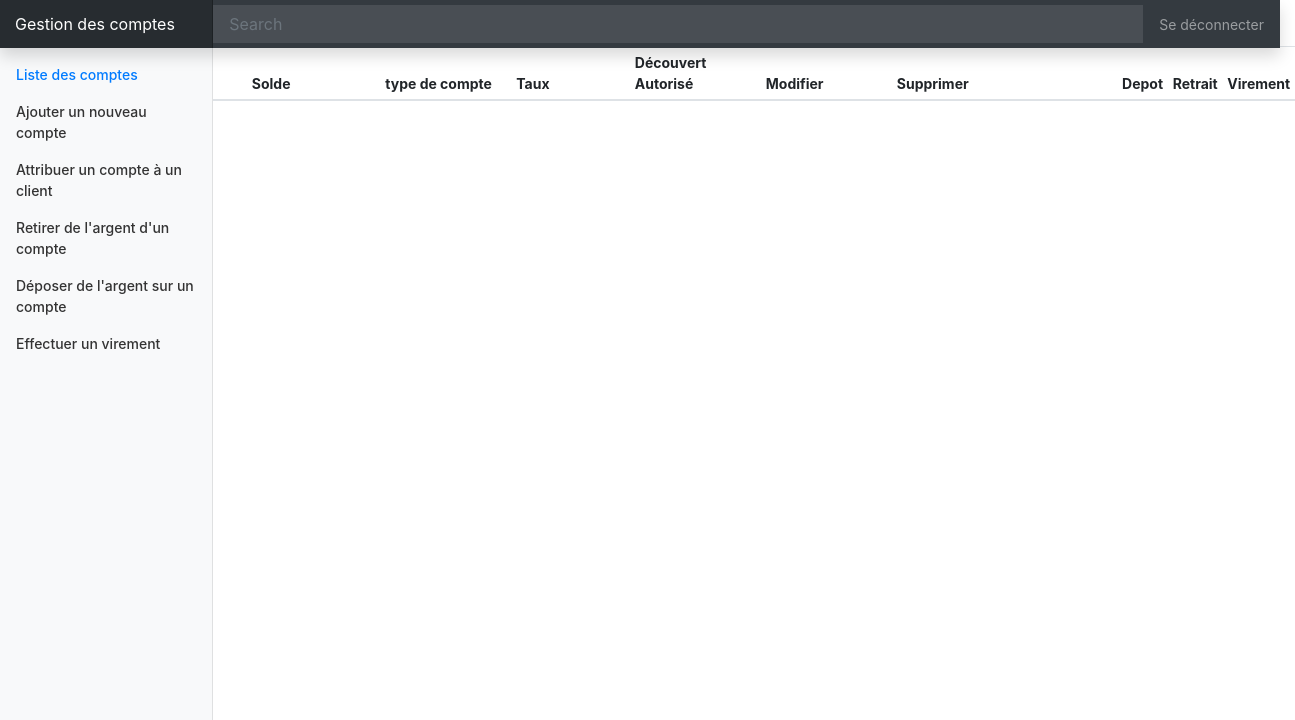
Repository: liiiseee/Projet
Page: http://localhost/02_projet_gestion_clients_compte/menu-comptes.jsp
An editor plug-in stored every save of this project. The page is shown before and after the next save, followed by the edit.
The browser window is 1280 px wide. The page is 1295 px wide, so the pictures cover 1295 px, including what lies to the right of the window. The pictures show the whole page.
The page is served by Tomcat 9. Other server files are loaded and not shown. The template is opened directly, without the code that normally fills it, so the values that code supplies are empty.

Above is the page before, as saved 2020-03-30 14:37:50.

### 02_projet_gestion_clients_compte/WebContent/menu-comptes.jsp
<%@ page language="java" contentType="text/html; charset=ISO-8859-1"
    pageEncoding="ISO-8859-1"%>

<%@ taglib uri="http://java.sun.com/jsp/jstl/core" prefix="c"%>
<!DOCTYPE html>
<html>
<head>
<meta charset="ISO-8859-1">
<title>liste comptes</title>
<link href="assets/styles/bootstrap.min.css" rel="stylesheet" >

 <style>
      .bd-placeholder-img {
        font-size: 1.125rem;
        text-anchor: middle;
        -webkit-user-select: none;
        -moz-user-select: none;
        -ms-user-select: none;
        user-select: none;
      }

      @media (min-width: 768px) {
        .bd-placeholder-img-lg {
          font-size: 3.5rem;
        }
      }
    </style>
    <!-- Custom styles for this template -->
    <link href="assets/styles/dashboard.css" rel="stylesheet">
</head>
<body>

    <nav class="navbar navbar-dark fixed-top bg-dark flex-md-nowrap p-0 shadow">
  <a class="navbar-brand col-sm-3 col-md-2 mr-0" href="#">Gestion des comptes</a>
  <input class="form-control form-control-dark w-100" type="text" placeholder="Search" aria-label="Search">
  <ul class="navbar-nav px-3">
    <li class="nav-item text-nowrap">
      <a class="nav-link" href="authentification-servlet?destroy=true">Se déconnecter</a>
    </li>
  </ul>
</nav>

<div class="container-fluid">
  <div class="row">
    <nav class="col-md-2 d-none d-md-block bg-light sidebar">
      <div class="sidebar-sticky">
        <ul class="nav flex-column">
          <li class="nav-item">
            <a class="nav-link active" href="#">
              <span data-feather="home"></span>
              Liste des comptes <span class="sr-only">(current)</span>
            </a>
          </li>
          <li class="nav-item">
            <a class="nav-link" href="ajout-compte.jsp">
              <span data-feather="file"></span>
              Ajouter un nouveau compte
            </a>
          </li>
          <li class="nav-item">
            <a class="nav-link" href="attribuer-compte.jsp">
              <span data-feather="file"></span>
              Attribuer un compte à un client
            </a>
          </li>
         <li class="nav-item">
          <input type="hidden" name="action" value="liste"/>
            <a class="nav-link" href="menu-retrait.jsp">
              <span data-feather="shopping-cart"></span>
              Retirer de l'argent d'un compte
            </a>
          </li>

          <li class="nav-item">
          <input type="hidden" name="action" value="dep"/>
            <a class="nav-link" href="menu-depot.jsp">
              <span data-feather="users"></span>
             Déposer de l'argent sur un compte
            </a>
          </li>
          <li class="nav-item">
            <a class="nav-link" href="#">
              <span data-feather="bar-chart-2"></span>
              Effectuer un virement
            </a>
          </li>
          </ul>



      </div>
    </nav>
    </div>
    </div>





   <h2>Liste des comptes</h2>
   <div class="row">
     <div class="table-responsive" id="table">
       <table class="table table-striped table-sm">




          <thead style="width:70%;">
            <tr>
              	<th style="width:10%;">ID</th>
              	<th style="width:10%;">Id du client</th>
	 			<th>Solde</th>
	 			<th style="width:10%;">type de compte</th>
	 			<th>Taux</th>
	 			<th style="width:10%;">Découvert Autorisé</th>
	 			<th style="width:10%;">Modifier</th>
	 			<th >Supprimer</th>
	 			<th style="width:10px;">Depot</th>
	 			<th style="width:10px;">Retrait</th>
	 			<th style="width:10px;">Virement</th>

            </tr>
          </thead>
          <tbody>
            <c:forEach items="${liste_comptes}" var="compte">
	 			<tr>

	 				<td>${compte.idCompte }</td>
	 				<td> ${compte.clientID } </td>
	 				<td> ${compte.solde } </td>
	 				<td> ${compte.typeCompte } </td>
	 				<td> ${compte.taux } </td>
	 				<td> ${compte.decouvert } </td>
	 				<td>
	 					<a href="gestion-compte-servlet?action=modif&id-compte=${compte.idCompte}">modifier</a>
	 				</td>


	 				<td>
	 					<a href="gestion-compte-servlet?action=supp&id-compte=${compte.idCompte}">supprimer</a>
	 				</td>

	 				<td>
	 					<a href="gestion-compte-servlet?action=depot&id-compte=${compte.idCompte}">depot</a>
	 				</td>

	 				<td>
	 					<a href="gestion-compte-servlet?action=retrait&id-compte=${compte.idCompte}">retrait</a>
	 				</td>
	 				<td>
	 					<a href="gestion-compte-servlet?action=virement&id-compte=${compte.idCompte}">virement</a>
	 				</td>




	 				</tr>

            </c:forEach>


          </tbody>

        </table>

            </div>
        </div>



</body>
</html>

### 02_projet_gestion_clients_compte/WebContent/assets/styles/dashboard.css
@charset "ISO-8859-1";

body {
  font-size: .875rem;
}

.feather {
  width: 16px;
  height: 16px;
  vertical-align: text-bottom;
}

/*
 * Sidebar
 */

.sidebar {
  position: fixed;
  top: 0;
  bottom: 0;
  left: 0;
  z-index: 100; /* Behind the navbar */
  padding: 48px 0 0; /* Height of navbar */
  box-shadow: inset -1px 0 0 rgba(0, 0, 0, .1);
}

.sidebar-sticky {
  position: relative;
  top: 0;
  height: calc(100vh - 48px);
  padding-top: .5rem;
  overflow-x: hidden;
  overflow-y: auto; /* Scrollable contents if viewport is shorter than content. */
}

@supports ((position: -webkit-sticky) or (position: sticky)) {
  .sidebar-sticky {
    position: -webkit-sticky;
    position: sticky;
  }
}

.sidebar .nav-link {
  font-weight: 500;
  color: #333;
}

.sidebar .nav-link .feather {
  margin-right: 4px;
  color: #999;
}

.sidebar .nav-link.active {
  color: #007bff;
}

.sidebar .nav-link:hover .feather,
.sidebar .nav-link.active .feather {
  color: inherit;
}

.sidebar-heading {
  font-size: .75rem;
  text-transform: uppercase;
}

/*
 * Content
 */

[role="main"] {
  padding-top: 133px; /* Space for fixed navbar */
}

@media (min-width: 768px) {
  [role="main"] {
    padding-top: 48px; /* Space for fixed navbar */
  }
}

/*
 * Navbar
 */

.navbar-brand {
  padding-top: .75rem;
  padding-bottom: .75rem;
  font-size: 1rem;
  background-color: rgba(0, 0, 0, .25);
  box-shadow: inset -1px 0 0 rgba(0, 0, 0, .25);
}

.navbar .form-control {
  padding: .75rem 1rem;
  border-width: 0;
  border-radius: 0;
}

.form-control-dark {
  color: #fff;
  background-color: rgba(255, 255, 255, .1);
  border-color: rgba(255, 255, 255, .1);
}

.form-control-dark:focus {
  border-color: transparent;
  box-shadow: 0 0 0 3px rgba(255, 255, 255, .25);
}

Loaded but not shown: 02_projet_gestion_clients_compte/WebContent/assets/styles/bootstrap.min.css (library)

After the next save:
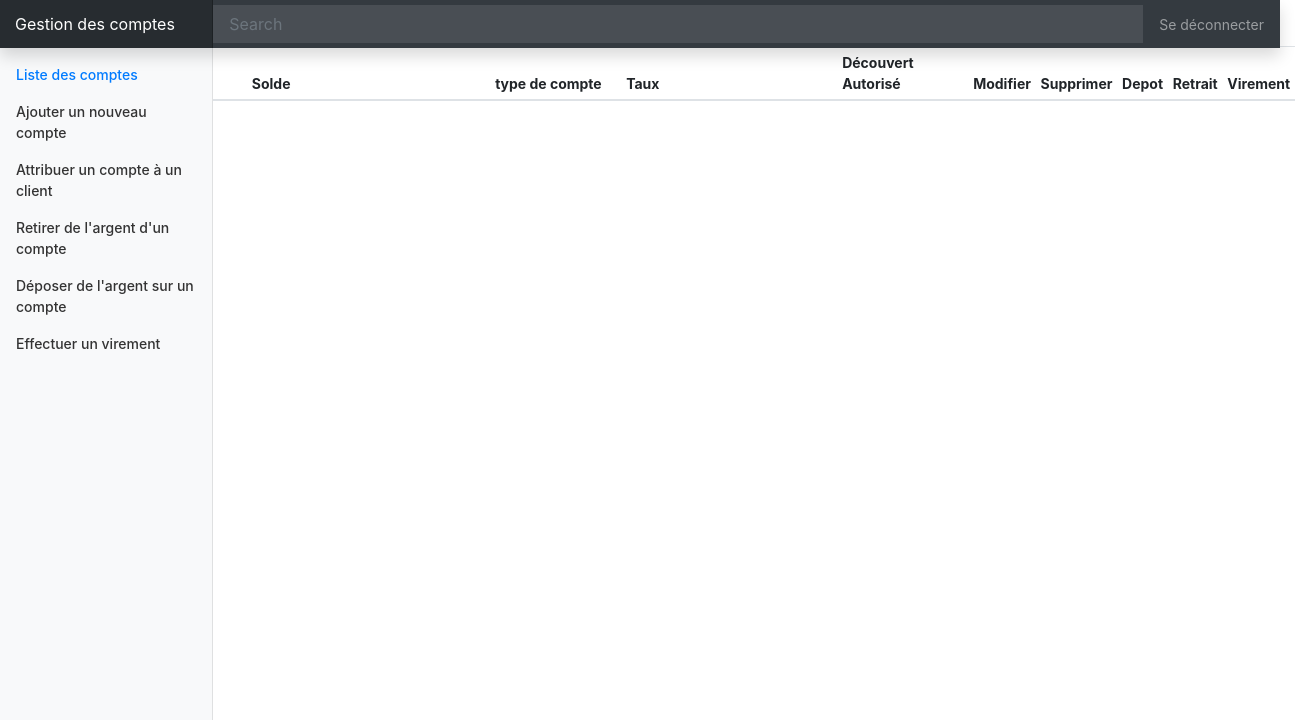
Saved 2 min 29 s later.
--- a/02_projet_gestion_clients_compte/WebContent/menu-comptes.jsp
+++ b/02_projet_gestion_clients_compte/WebContent/menu-comptes.jsp
@@ -113,8 +113,8 @@
 	 			<th style="width:10%;">type de compte</th>
 	 			<th>Taux</th>
 	 			<th style="width:10%;">Découvert Autorisé</th>
-	 			<th style="width:10%;">Modifier</th>
-	 			<th >Supprimer</th>
+	 			<th style="width:10px;">Modifier</th>
+	 			<th style="width:10px;">Supprimer</th>
 	 			<th style="width:10px;">Depot</th>
 	 			<th style="width:10px;">Retrait</th>
 	 			<th style="width:10px;">Virement</th>
